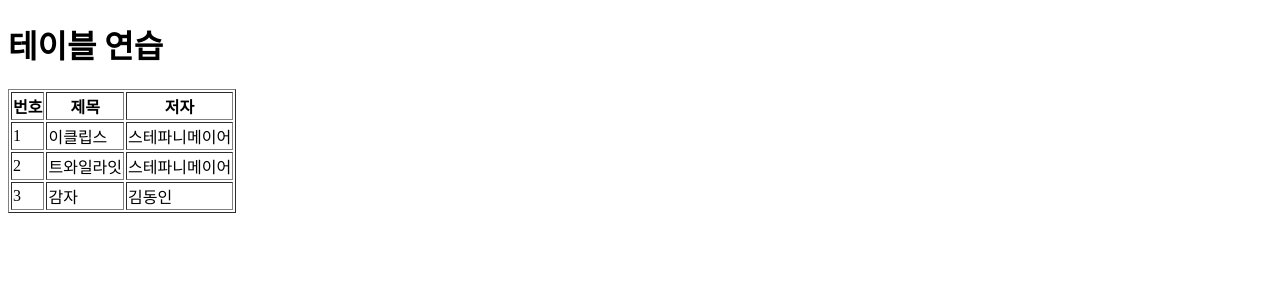
Repository: sonic247897/multicampus-web
Page: clientweb/WebContent/html/table1.html
These files come from the project's save history. The page is drawn as it stood at one moment and after the next save; the edit follows.
The browser window is 1280 px wide. The pictures show the whole page.

Above is the page before, as saved 2020-01-02 01:39:22.

### clientweb/WebContent/html/table1.html
<!DOCTYPE html>
<html>
<head>
<meta charset="EUC-KR">
<title>Insert title here</title>
</head>
<body>
	<h1>테이블 연습</h1>
	<table border="1">
		<tr>
			<th>번호</th>
			<th>제목</th>
			<th>저자</th>
		</tr>
		<tr>
			<td>1</td>
			<td>이클립스</td>
			<td>스테파니메이어</td>
		</tr>
		<tr>
			<td>2</td>
			<td>트와일라잇</td>
			<td>스테파니메이어</td>
		</tr>
		<tr>
			<td>3</td>
			<td>감자</td>
			<td>김동인</td>
		</tr>

	</table>
</body>
</html>

After the next save:
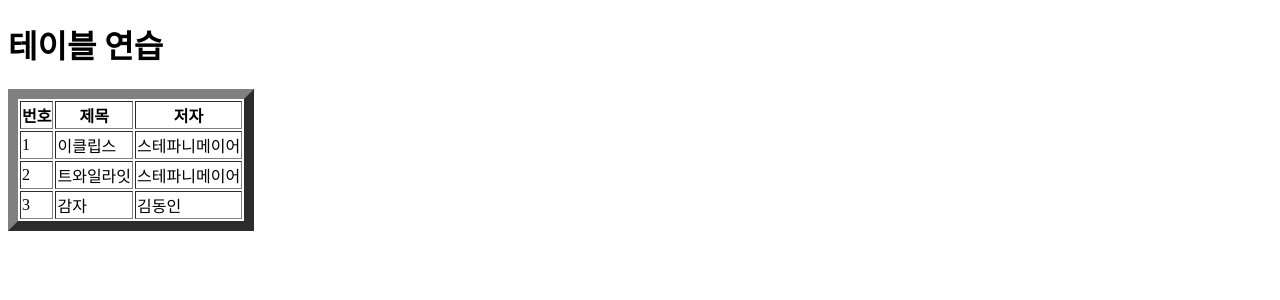
Saved 16 s later.
--- a/clientweb/WebContent/html/table1.html
+++ b/clientweb/WebContent/html/table1.html
@@ -6,7 +6,7 @@
 </head>
 <body>
 	<h1>테이블 연습</h1>
-	<table border="1">
+	<table border="10">
 		<tr>
 			<th>번호</th>
 			<th>제목</th>

After the save that followed:
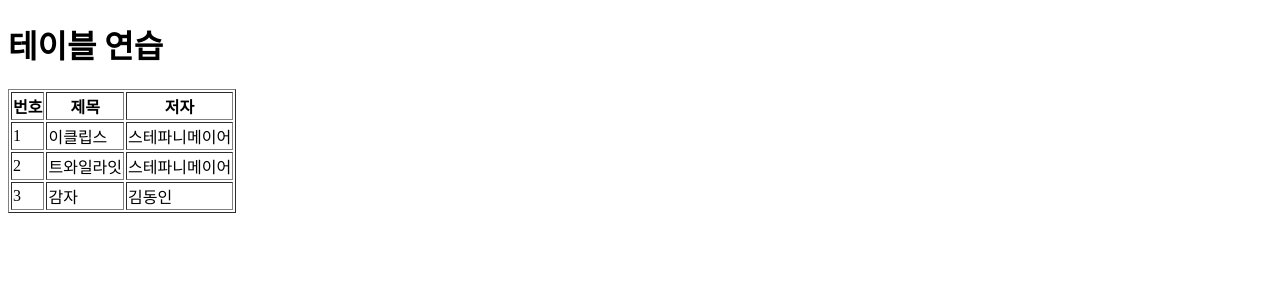
Saved 6 s later.
--- a/clientweb/WebContent/html/table1.html
+++ b/clientweb/WebContent/html/table1.html
@@ -6,7 +6,7 @@
 </head>
 <body>
 	<h1>테이블 연습</h1>
-	<table border="10">
+	<table border="1">
 		<tr>
 			<th>번호</th>
 			<th>제목</th>
